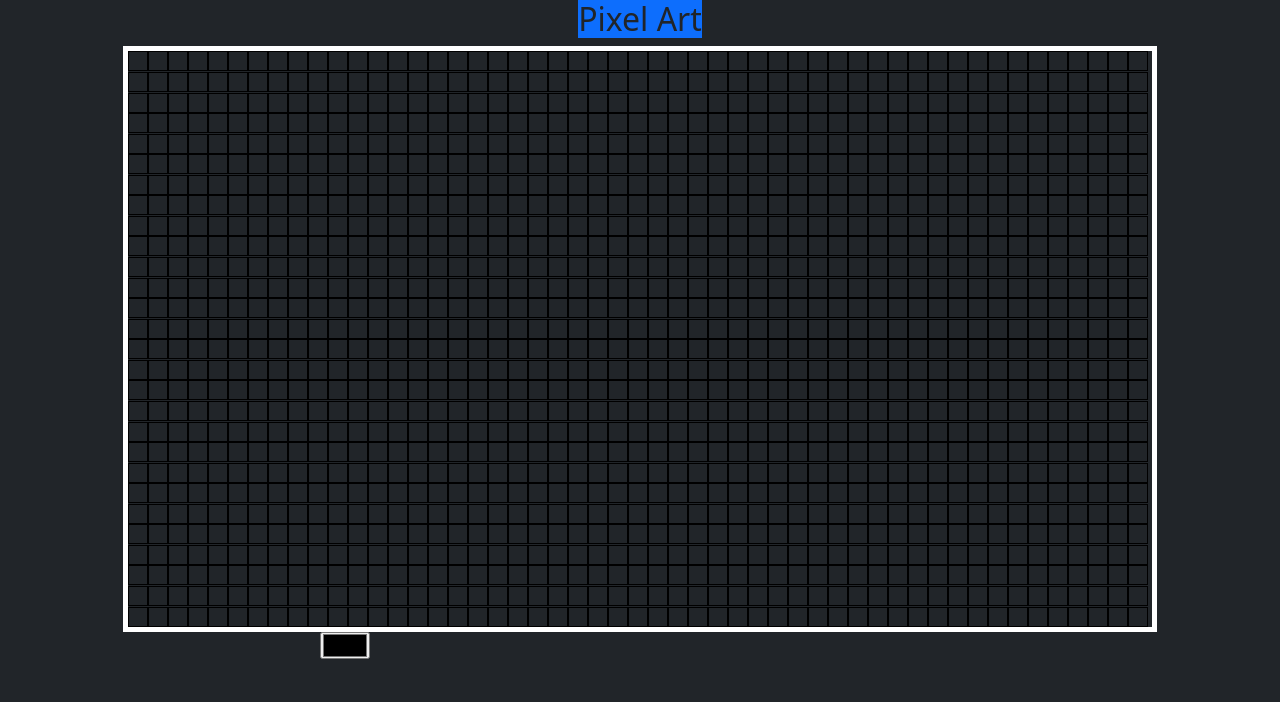
Repository: bechara611/pixelartdb
Page: /
The author's editor kept a copy of each file at every save. The page is drawn from the files as they stood at one save, then again after the next save.
The browser window is 1280 px wide. The pictures show the whole page.
The project was rebuilt for these pictures with package versions that can differ from the ones it lists, and the page was loaded fresh each time. Also part of the build but not shown: vite.config.js.

Above is the page before, as saved 2023-03-07 11:37:37.

After the next save:
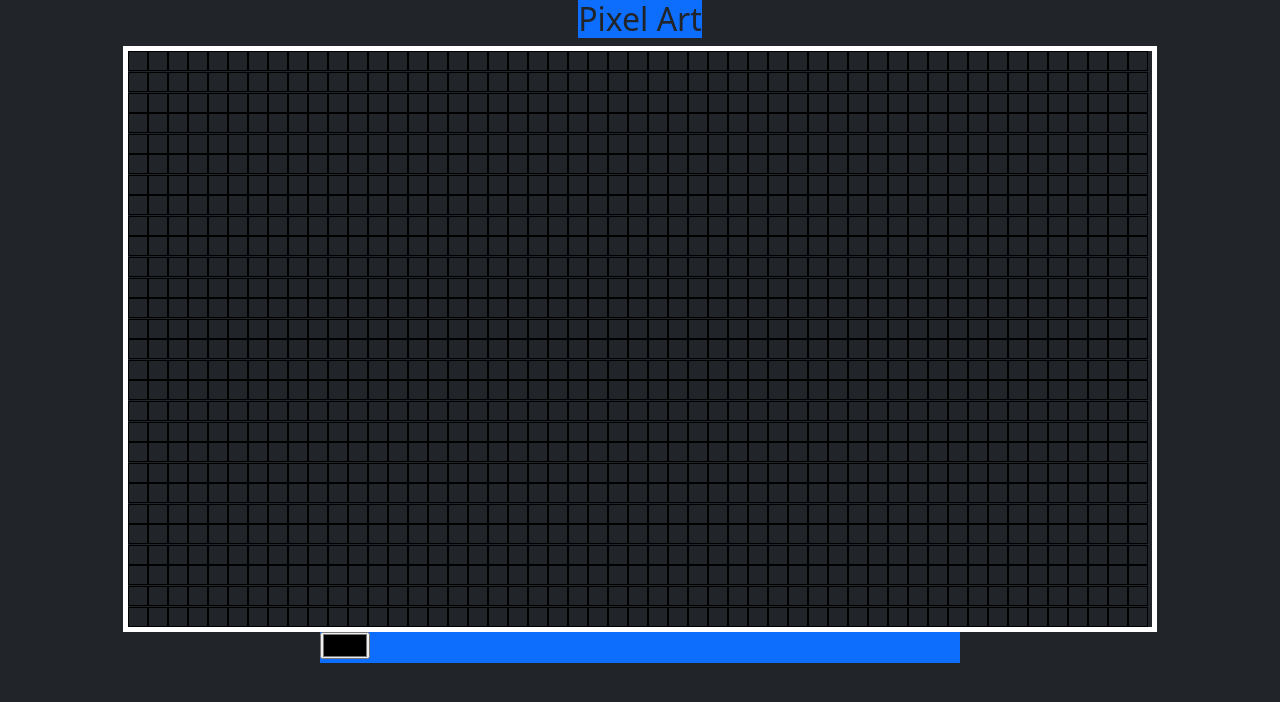
Saved 31 s later.
--- a/src/App.jsx
+++ b/src/App.jsx
@@ -79,7 +79,7 @@ const App = () => {
           </div>
         </div>
         <div className="col-12 contenedor-mayor">
-        <div className="col-6">
+        <div className="col-6 bg-primary">
         <input type="color" />
         </div>
         </div>
